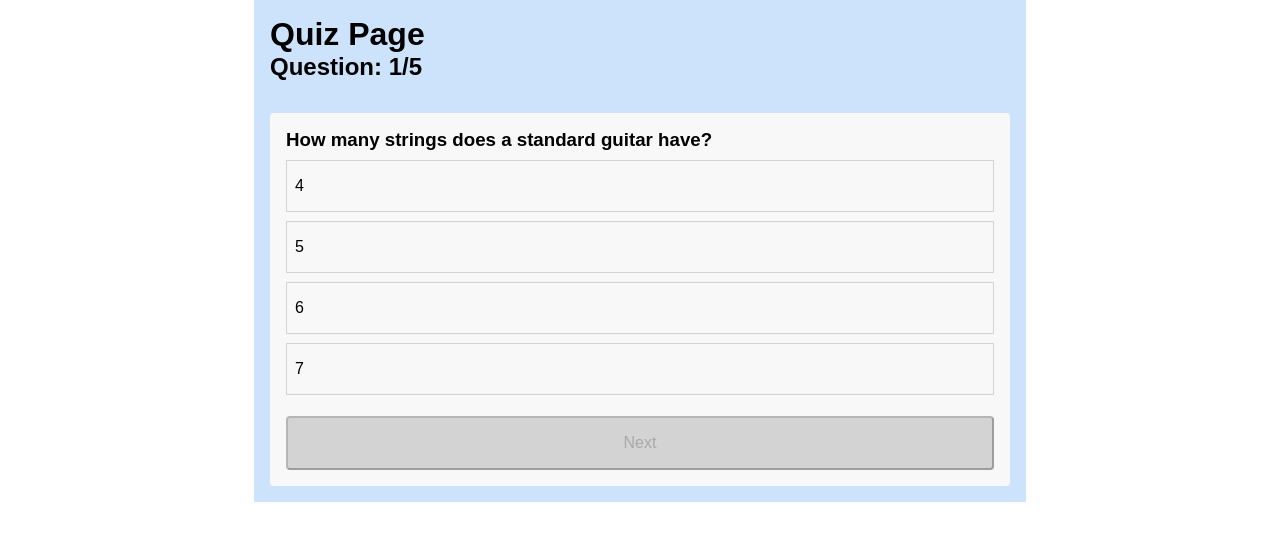
Repository: 1medi/pocketprof
Page: /quiz/page
These files come from the project's save history. The page is drawn as it stood at one moment and after the next save; the edit follows.
The browser window is 1280 px wide. The pictures show the whole page.
The project was rebuilt for these pictures with package versions that can differ from the ones it lists, and the page was loaded fresh each time. The framework's server and built-in components were replaced by stand-ins that run in the browser. Also part of the build but not shown: next.config.mjs.

Above is the page before, as saved 2024-04-07 00:39:23.

### pages/quiz/page.jsx
'use client';
import React, { useState } from 'react';
import { quiz } from "../data"
import styles from "./page.module.css"
import { Montserrat } from "next/font/google"

const notoSans = Montserrat({
  subsets: ['latin'], // Specify any subsets, if needed
});
export default function Page() {
  const [activeQuestion, setActiveQuestion] = useState(0);
  const [selectedAnswer, setSelectedAnswer] = useState('');
  const [checked, setChecked] = useState(false);
  const [selectedAnswerIndex, setSelectedAnswerIndex] = useState(null);
  const [showResult, setShowResult] = useState(false);
  const [result, setResult] = useState({
    score: 0,
    correctAnswers: 0,
    wrongAnswers: 0,
  });

  const { questions } = quiz;
  const { question, answers, correctAnswer } = questions[activeQuestion];

  const onAnswerSelected = (answer, idx) => {
    setChecked(true);
    setSelectedAnswerIndex(idx);
    if (answer === correctAnswer) {
      setSelectedAnswer(true);
      console.log('true');
    } else {
      setSelectedAnswer(false);
      console.log('false');
    }
  };

  // Calculate score and increment to next question
  const nextQuestion = () => {
    setSelectedAnswerIndex(null);
    setResult((prev) =>
      selectedAnswer
        ? {
            ...prev,
            score: prev.score + 5,
            correctAnswers: prev.correctAnswers + 1,
          }
        : {
            ...prev,
            wrongAnswers: prev.wrongAnswers + 1,
          }
    );
    if (activeQuestion !== questions.length - 1) {
      setActiveQuestion((prev) => prev + 1);
    } else {
      setActiveQuestion(0);
      setShowResult(true);
    }
    setChecked(false);
  };

  return (
    <>
        <div className={`${styles.container}`}>
      <h1 className={styles.title}>Quiz Page</h1>
      <div>
        <h2 className={styles.activeQ}>
          Question: {activeQuestion + 1}
          <span>/{questions.length}</span>
        </h2>
      </div>
      <div>
        {!showResult ? (
          <div className={styles.quizContainer}>
            <h3 className={styles.question}>{questions[activeQuestion].question}</h3>
            {answers.map((answer, idx) => (
              <li
                key={idx}
                onClick={() => onAnswerSelected(answer, idx)}
                className={`${styles.answerList} ${selectedAnswerIndex === idx ? styles.itemSelected : styles.itemHover}`}
              >
                <span>{answer}</span>
              </li>
            ))}
            {checked ? (
              <button onClick={nextQuestion} className={styles.btn}>
                {activeQuestion === question.length - 1 ? 'Finish' : 'Next'}
              </button>
            ) : (
              <button onClick={nextQuestion} disabled className={styles.btnDisabled}>
                {' '}
                {activeQuestion === question.length - 1 ? 'Finish' : 'Next'}
              </button>
            )}
          </div>
        ) : (
          <div className={styles.quizContainer}>
            <h3 className={styles.hthree}>Results</h3>
            <h3 className={styles.hthree}>Overall {(result.score / 25) * 100}%</h3>
            <p className={styles.paragraph}>
              Total Questions: <span>{questions.length}</span>
            </p>
            <p className={styles.paragraph}>
              Total Score: <span>{result.score}</span>
            </p>
            <p className={styles.paragraph}>
              Correct Answers: <span>{result.correctAnswers}</span>
            </p>
            <p className={styles.paragraph}>
              Wrong Answers: <span>{result.wrongAnswers}</span>
            </p>
            <button className={styles.btn} onClick={() => window.location.reload()}>Restart</button>
          </div>
        )}
      </div>
    </div>
    </>

  );
};

### pages/api/chat-gpt/route.js
import { NextResponse } from "next/server";

export async function POST(request) {
  return NextResponse.json({
    name: "IT WORKS!!!",
  });
}

### styles/globals.css
:root {
background-color: white;
align-content: center;
--main-color-purple: #8E71D5;
--main-color-lightpurple: #CCBFED;
--secondary-color-blue: #9AB7F9;
--secondary-color-lightblue: #CCE3FB;

--main-font: "mont", sans-serif;


}


* {
    padding: 0;
    margin: 0;
  }

  ol,
  ul {
    list-style: none;
  }

### pages/data.js
export const quiz = {
    totalQuestions: 5,
    questions: [
      {
        id: 1,
        question: 'How many strings does a standard guitar have?',
        answers: ['4', '5', '6', '7'],
        correctAnswer: '6',
      },
      {
        id: 2,
        question: 'Which part of the guitar do you strum or pluck the strings with?',
        answers: ['Headstock', 'Fretboard', 'Body', 'Bridge'],
        correctAnswer: 'Body',
      },
      {
        id: 3,
        question: 'What is a pick used for in playing the guitar?',
        answers: ['Holding the strings down', 'Strumming or plucking the strings', 'Keeping the guitar in tune', 'San Marino'],
        correctAnswer: 'Strumming or plucking the strings',
      },
      {
        id: 4,
        question: 'What is the name of the thickest string on the guitar?',
        answers: ['A string', 'E string', 'D string', 'G string'],
        correctAnswer: 'E string',
      },
      {
        id: 5,
        question: 'Where do you place your fingers to play different notes on the guitar?',
        answers: ['On the body', 'On the headstock', 'On the strings over the fretboard', 'On the tuning pegs'],
        correctAnswer: 'On the strings over the fretboard',
      },
    ],
  };

### pages/quiz/page.module.css
.container{
    padding: 1rem;
    background-color: var(--secondary-color-lightblue);
    font-family: "Noto", sans-serif;
  }

.title,
.activeQ{
    color: black;
  }

  .hthree {
    padding-bottom: 2rem;
    color: #000105;
    font-size: 1.8rem;
  }

  .btn {
    padding: 16px 8px;
    width: 100%;
    margin-top: 12px;
    font-size: 1rem;
    border-radius: 4px;
    cursor: pointer;
    background-color: var(--main-color-purple);
    color: #f8f8f8;
  }

  .btnDisabled {
    background-color: lightgray;
    padding: 16px 8px;
    width: 100%;
    margin-top: 12px;
    font-size: 1rem;
    border-radius: 4px;
    color: darkgray;

  }

  .answerList {
    list-style-type: none;
    cursor: pointer;
    margin: 9px 0;
    padding: 16px 8px;
    color: #000105;
    border: 1px solid lightgray;
  }

  .itemHover:hover {
    background-color: #d8d8d8;
    columns: #fff;
  }

  .itemSelected {
    color: #fff;
    background-color: #000925;
  }

  .container {
    max-width: 740px;
    width: 100%;
    margin: auto;
    padding: 1rem;
  }

  .quizContainer {
    background-color: #f8f8f8;
    padding: 1rem;
    margin-top: 2rem;
    border-radius: 4px;
  }

  .paragraph {
    padding: 8px 0;
  }

Loaded but not shown: pages/_app.js (common file); pages/_document.js (common file); pages/api/hello.js (common file); pages/api/askOscar.js (no copy from this time; the picture is the same without it); pages/api/chat.js (no copy from this time; the picture is the same without it); pages/api/image.js (no copy from this time; the picture is the same without it)

After the next save:
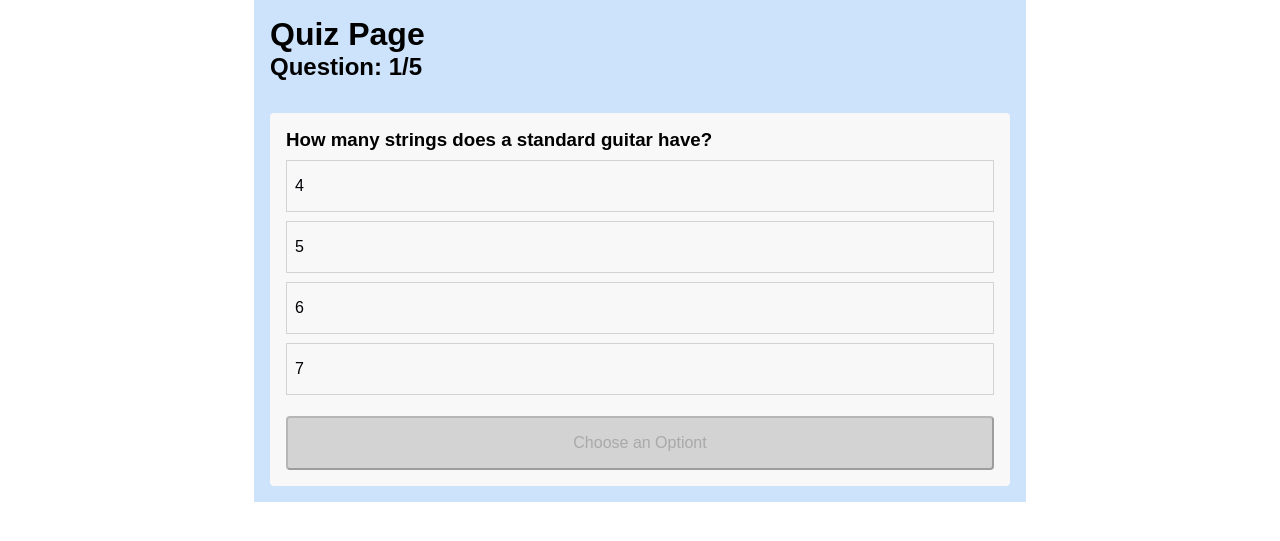
Saved 39 s later.
--- a/pages/quiz/page.jsx
+++ b/pages/quiz/page.jsx
@@ -88,7 +88,7 @@ export default function Page() {
             ) : (
               <button onClick={nextQuestion} disabled className={styles.btnDisabled}>
                 {' '}
-                {activeQuestion === question.length - 1 ? 'Finish' : 'Next'}
+                {activeQuestion === question.length - 1 ? 'Finish' : 'Choose an Optiont'}
               </button>
             )}
           </div>
